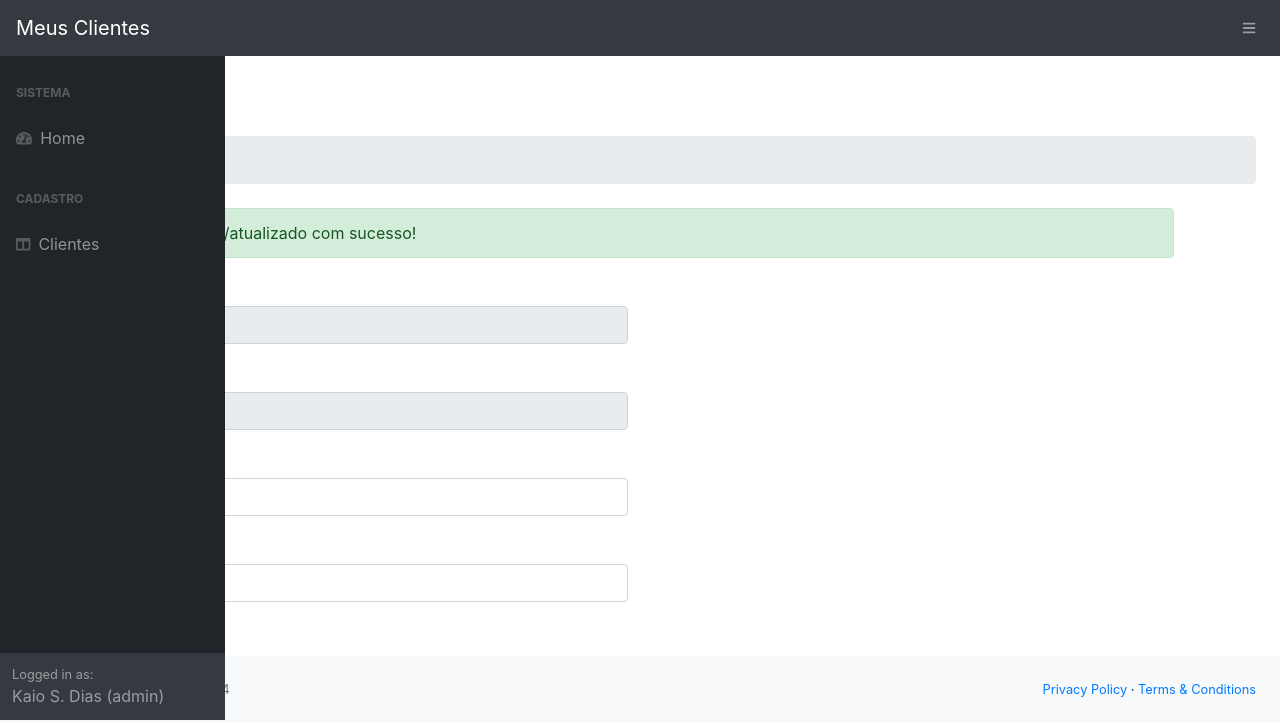
Repository: Kaio-Dias/Angular-Springboot
Page: /users-form (app in Frontend/clients-app/)
The author's editor kept a copy of each file at every save. The page is drawn from the files as they stood at one save, then again after a run of saves.
The browser window is 1280 px wide. The pictures show the whole page.
Some web libraries are served in a nearby version. The project was rebuilt for these pictures with package versions that can differ from the ones it lists, and the page was loaded fresh each time. Also part of the build but not shown: Frontend/clients-app/angular.json, Frontend/clients-app/src/app/home/home.component.ts.

Above is the page before, as saved 2024-07-04 17:01:16.

After the next 6 saves:
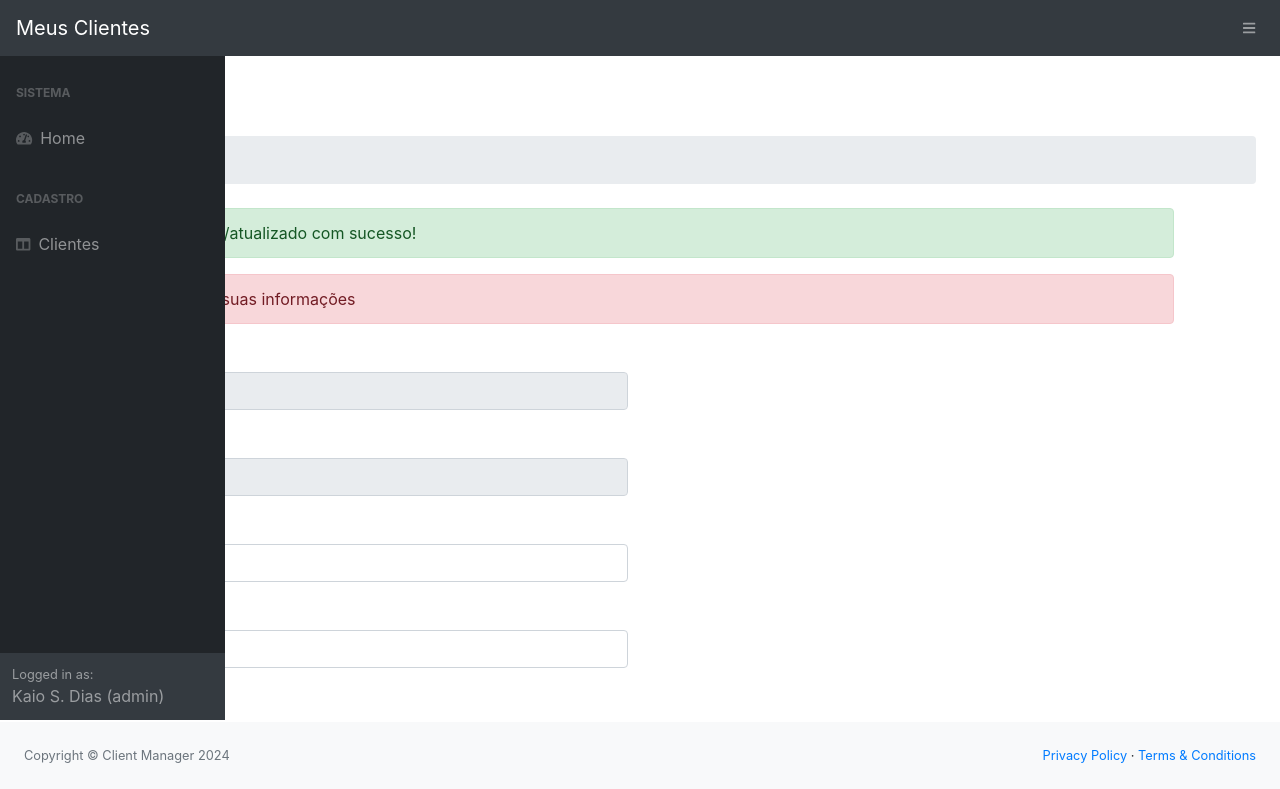
The 6 saves are shown as one change because 5 did not build or start.
The last was saved 15 min 18 s later.
--- a/Frontend/clients-app/src/app/users/users-form/users-form.component.ts
+++ b/Frontend/clients-app/src/app/users/users-form/users-form.component.ts
@@ -18,7 +18,7 @@ export class UsersFormComponent implements OnInit {
   success: boolean = false;
 
   constructor(private usersService: UsersService) {
-    this.user = new UserModel(6, 'Anderson Silva', '00987654321', '2024-01-02');
+    this.user = new UserModel(7, 'Anderson Silva', '00987654322', '2024-01-03');
   }
 
   ngOnInit(): void {}
@@ -27,7 +27,9 @@ export class UsersFormComponent implements OnInit {
     console.log('Butt on clicked hihihi', this.user);
     this.usersService.save(this.user).subscribe(response => {
       this.success = true;
-    })
+    }, errorResponse =>
+      console.log(errorResponse.error.errors)
+  )
   }
 
 }
--- a/Frontend/clients-app/src/app/users/users-form/users-form.component.html
+++ b/Frontend/clients-app/src/app/users/users-form/users-form.component.html
@@ -6,8 +6,11 @@
         <form #userForm="ngForm" (ngSubmit)="onSubmit()">
             <div>
                 <div class="col-md-12">
-                    <div class="alert alert-success" role="alert" if="success==true">
+                    <div class="alert alert-success" role="alert">
                         Cliente salvo/atualizado com sucesso!
+                    </div>
+                    <div class="alert alert-danger" role="alert">
+                        Erro. Revise suas informações
                     </div>
                 </div>
             </div>
